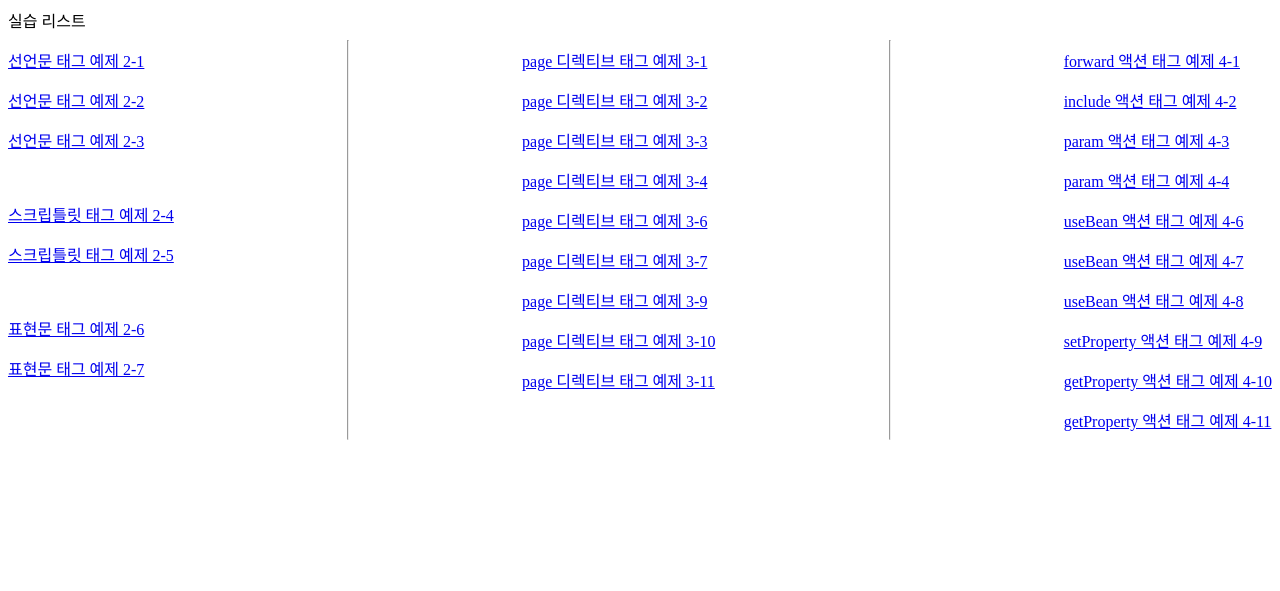
Repository: man332414/myJspStudy
Page: http://localhost/jspbook/
The author's editor kept a copy of each file at every save. The page is drawn from the files as they stood at one save, then again after the next save.
The browser window is 1280 px wide. The pictures show the whole page.
The page is served by Tomcat 10. Nobody is signed in. The application's start-up code is not run.

Above is the page before, as saved 2024-10-10 13:22:18.

After the next save:
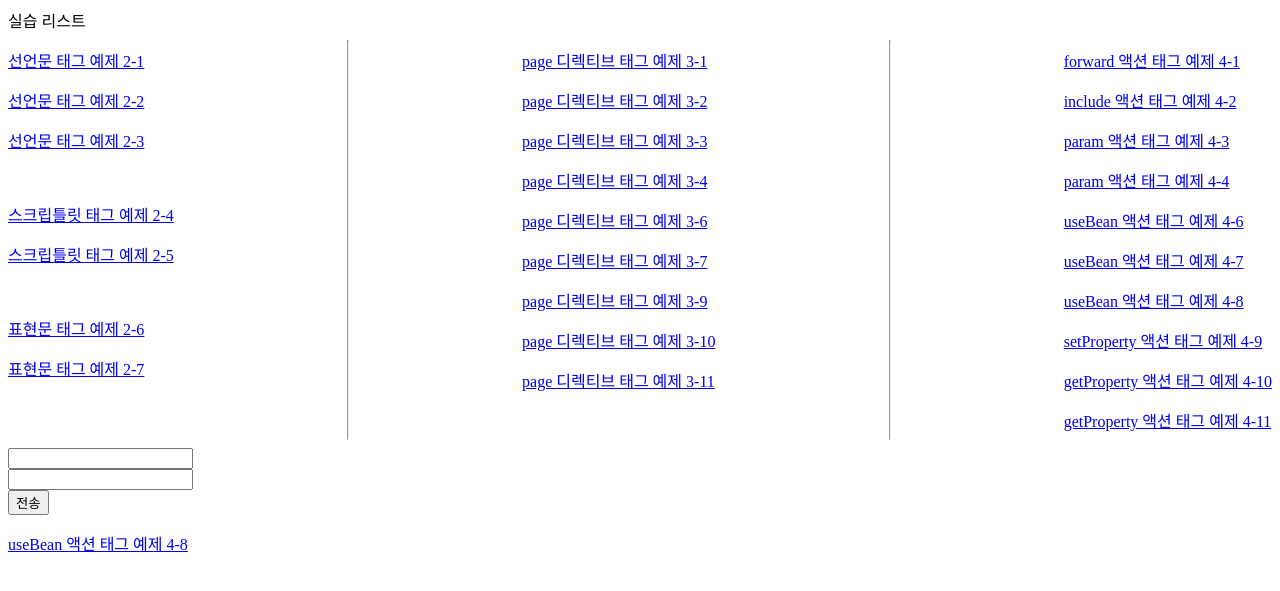
Saved 8 min 21 s later.
--- a/jspbook/src/main/webapp/index.jsp
+++ b/jspbook/src/main/webapp/index.jsp
@@ -46,7 +46,7 @@
 			<p><a href = "4_11"> getProperty 액션 태그 예제 4-11</a></p>
 		</div>
 	</div>
-	<!-- <form action = "4_0" method = "post">
+	<form action = "4_0" method = "post">
 		<input type = "text" name = "id" />
 		<br>
 		<input type = "text" name = "name" />
@@ -58,6 +58,6 @@
 		String name = "송근형";
 	%>
 	<p><a href = "4_0?id=<%=id%>&name=${name}"> useBean 액션 태그 예제 4-8</a></p>
-	 -->
+
 </body>
 </html>
